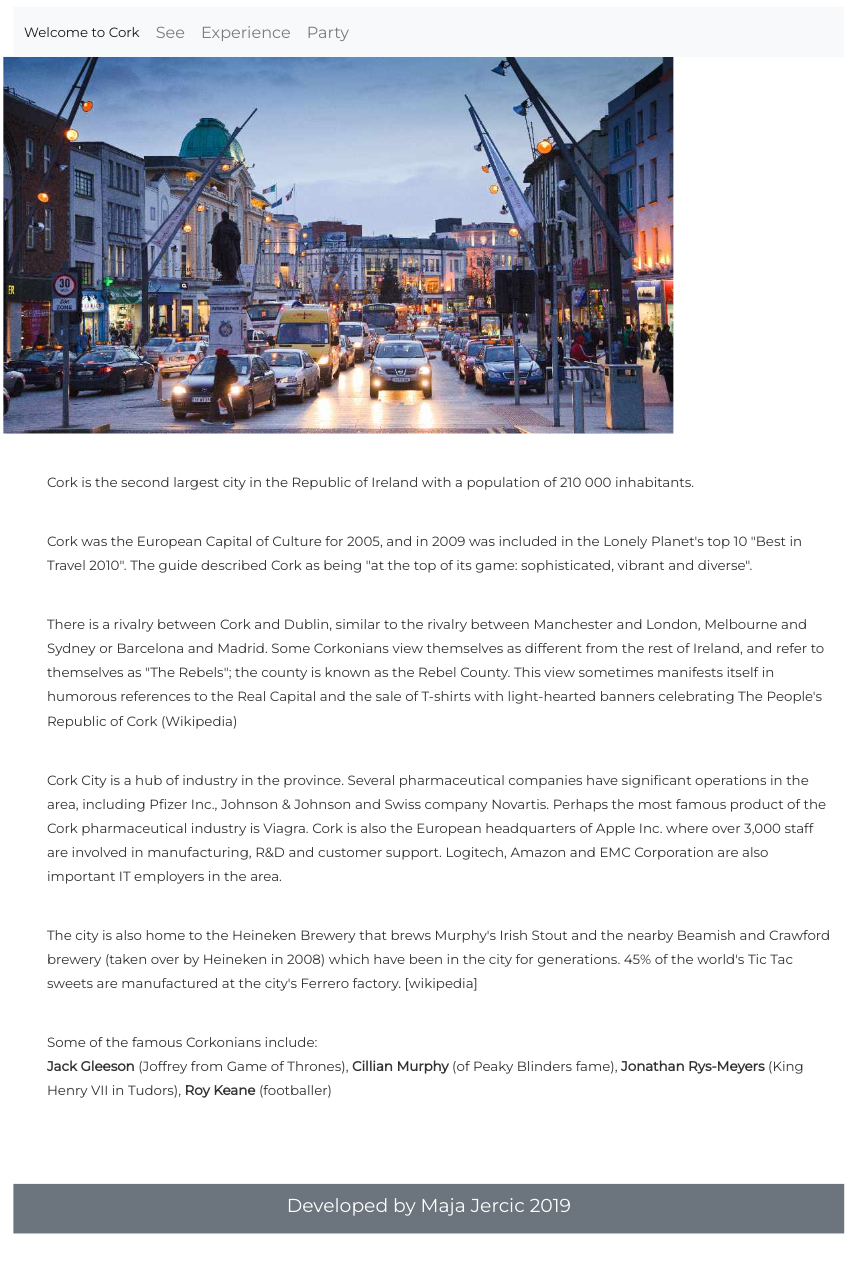
Repository: Maja-Jer/Welcome-to-Cork
Page: index.html
The author's editor kept a record of every edit. The page is drawn from the files as they stood at one moment, then again after the next edit.
The browser window is 1280 px wide. The pictures show the whole page, at 67% of full size.
Some web libraries are served in a nearby version.

Above is the page before.
Console error: TypeError: Cannot read properties of undefined (reading 'fn')

After the next edit:
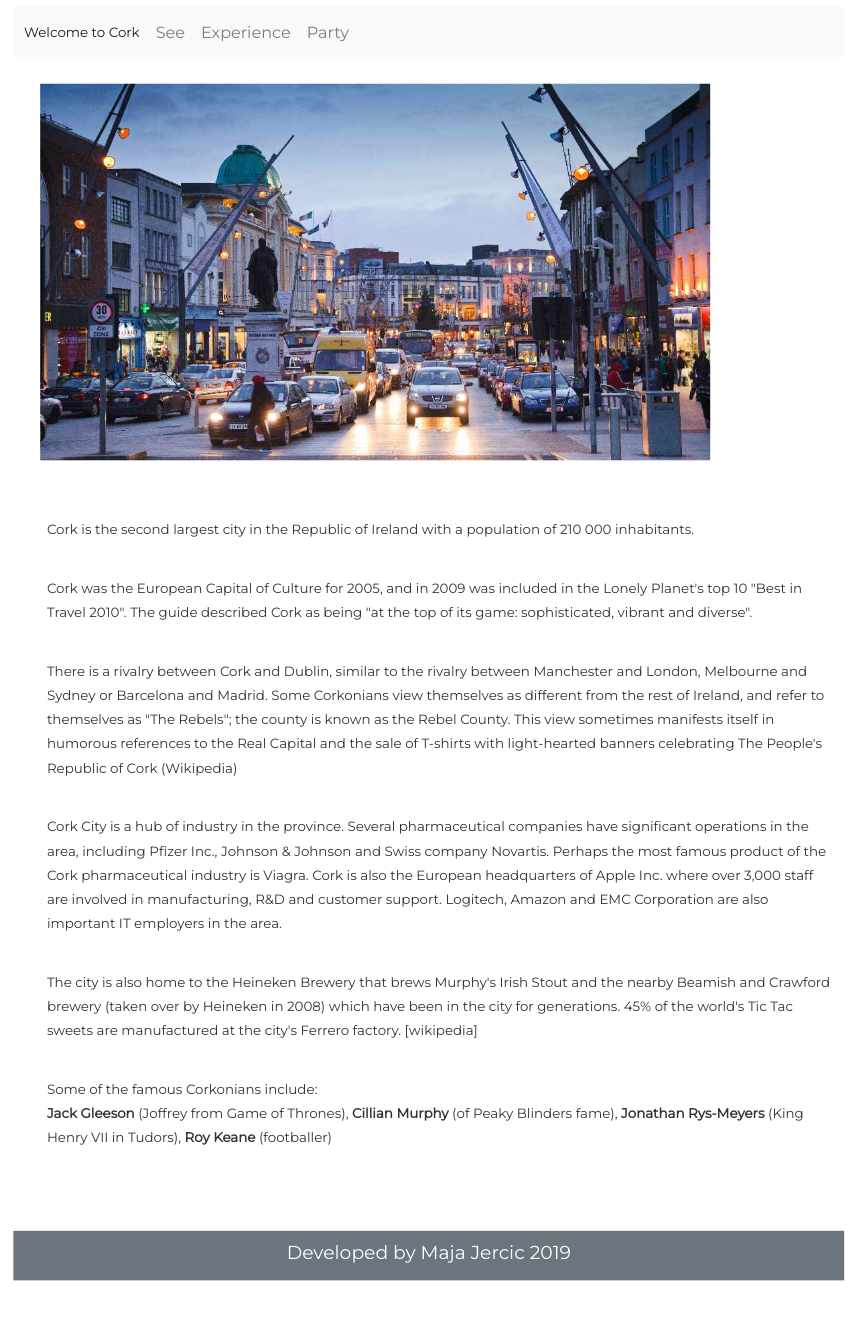
The edit:
--- a/assets/style.css
+++ b/assets/style.css
@@ -108,7 +108,7 @@
   width: 50%;
 }
 
-.container-main-photo {
+.main-photo {
   max-height: 730px;
   max-width: 1160px;
   padding: 30px;
